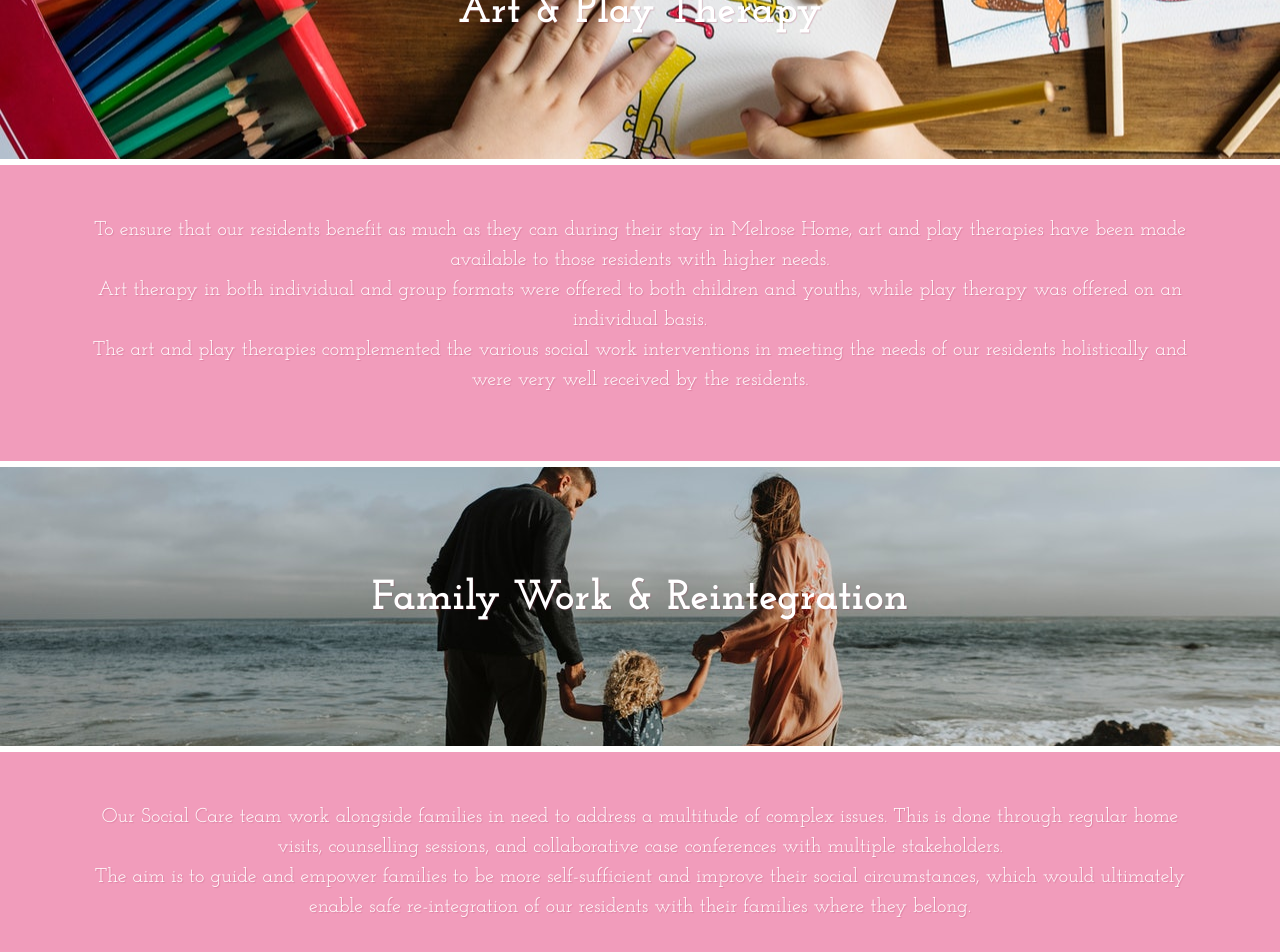
Repository: Code-Institute-Submissions/Jasonngyt-Project1
Page: services.html
The author's editor kept a record of every edit. The page is drawn from the files as they stood at one moment, then again after the next edit.
The browser window is 1280 px wide. The pictures show the part of the page from y = 816 to 1768 px (the page is 2923 px tall before and 2863 px after).
A picture or video elsewhere on the page could not be fetched, so the positions and the page height are approximate. Backgrounds fixed to the window are drawn as part of the page. Some web fonts or font styles are not loaded; a fallback is used. Some web libraries are served in a nearby version.

Above is the page before.

After the next edit:
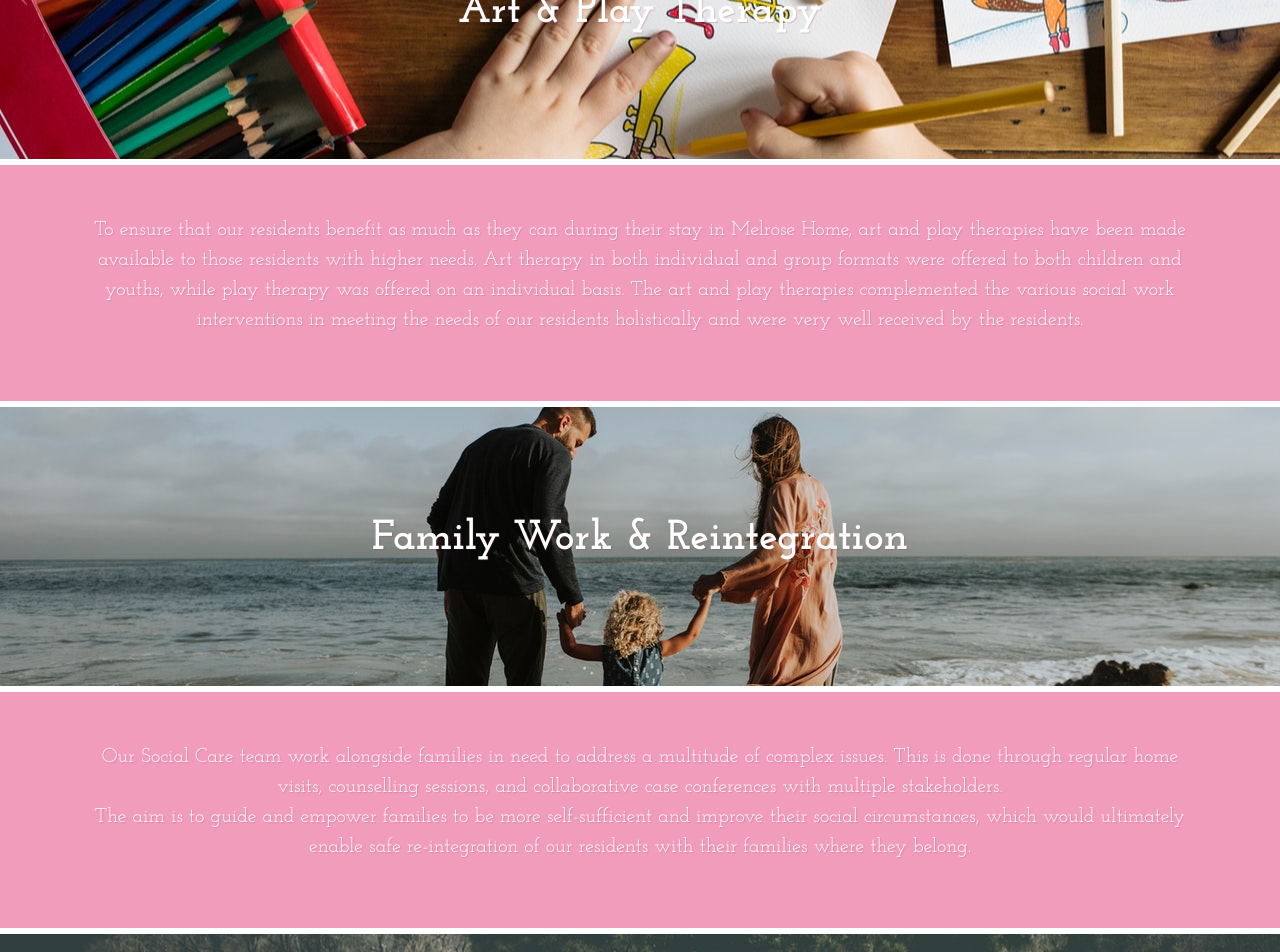
The edit:
--- a/services.html
+++ b/services.html
@@ -69,8 +69,8 @@
     <div class="service_word">
         <p class="container">
             To ensure that our residents benefit as much as they can during their stay in Melrose Home, art and play therapies have been made available to those residents with higher needs.
-            <br>Art therapy in both individual and group formats were offered to both children and youths, while play therapy was offered on an individual basis.
-            <br>The art and play therapies complemented the various social work interventions in meeting the needs of our residents holistically and were very well received by the residents.
+            Art therapy in both individual and group formats were offered to both children and youths, while play therapy was offered on an individual basis.
+            The art and play therapies complemented the various social work interventions in meeting the needs of our residents holistically and were very well received by the residents.
         </p>
     </div>
 
